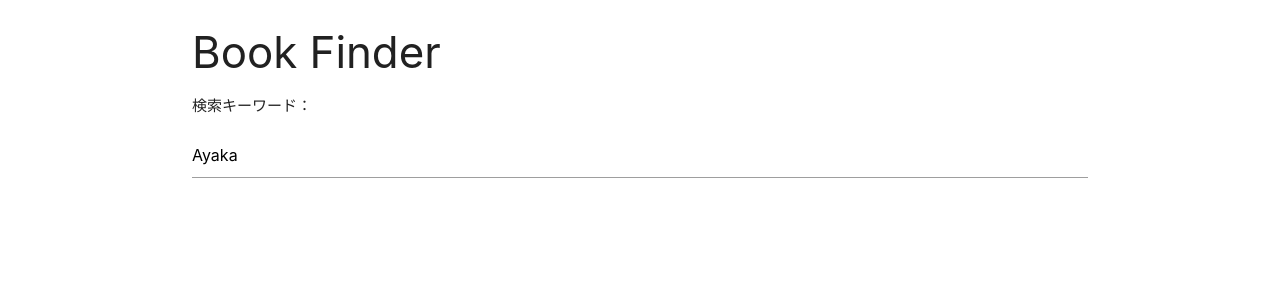
Repository: ayachika/chingu-solo-project
Page: index.html
The author's editor kept a record of every edit. The page is drawn from the files as they stood at one moment, then again after the next edit.
The browser window is 1280 px wide. The pictures show the whole page.
Some web libraries are served in a nearby version.

Above is the page before.

### index.html

<!DOCTYPE html>
<html lang="en">
  <head>
    <meta charset="utf-8">
    <title>Book Finder</title>
    <link rel="stylesheet" href="https://cdnjs.cloudflare.com/ajax/libs/materialize/1.0.0/css/materialize.min.css">
    <style>
      [v-cloak] { display: none; }
    </style>
  </head>
  <body>
    <div class="container" id="app">
      <h3 class="text-center">Book Finder</h3>
      <p> <!--v-modelでフォームとバインディング-->
        検索キーワード：<form v-on:submit.prevent="getResult(query)">
          <input type="text" v-model="query" />
      </p>
      <div class="card blue-grey darken-1" v-for="item in items" v-cloak>

          <div class="card">
            <div class="card-title">
              <p>{{ item.title }}</p>
            </div>
            <div class="card-content">
              <p>{{item.author}}</p>
            </div>
          </div>
     </div>
  </div>



    <script src="https://cdn.jsdelivr.net/npm/vue@2.5.16/dist/vue.js"></script>
    <script src="main.js"></script>
    <script src="https://cdn.jsdelivr.net/npm/axios@0.17.1/dist/axios.min.js"></script>
  </body>

</html>

### main.js


const vm = new Vue({
  el: '#app',
  data() {
    return{
      msg:'container',
      query:'Ayaka'
    }
      },
  methods:{
    getResult(query){
      alert(query);
    }
  },
});

After the next edit:
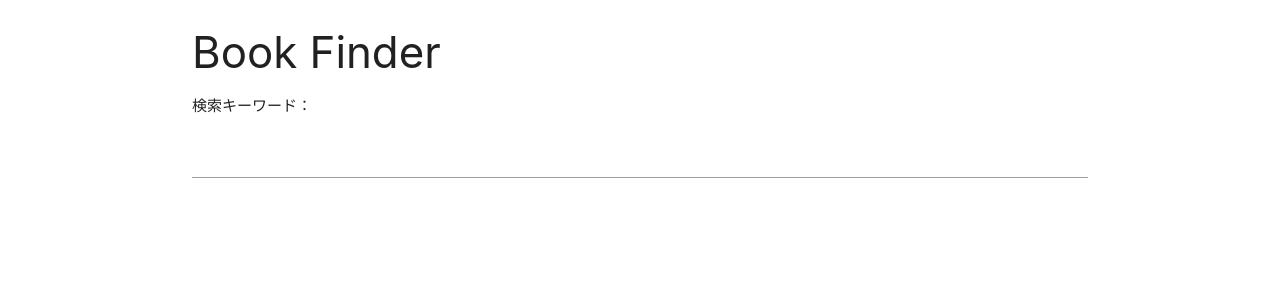
Console error: SyntaxError: Cannot use import statement outside a module
The edit:
--- a/main.js
+++ b/main.js
@@ -1,4 +1,4 @@
-
+import Vue from "vue"
 
 const vm = new Vue({
   el: '#app',
